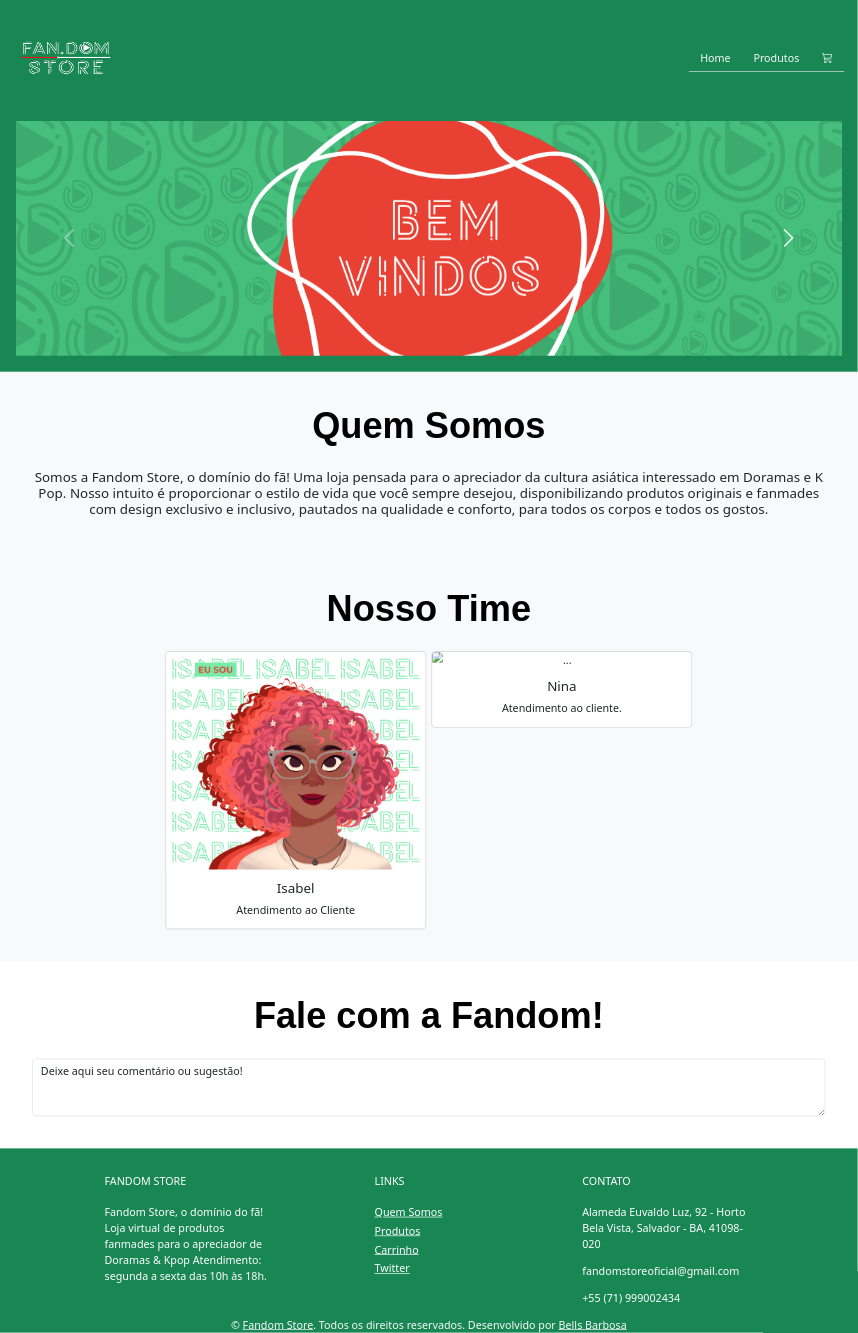
Repository: BellsBarbosa/MiniProjetoDescomplica
Page: QuemSomosNossoTime.html
These files come from the project's save history. The page is drawn as it stood at one moment and after a run of saves; the edit follows.
The browser window is 1280 px wide. The pictures show the whole page, at 67% of full size.
Some web fonts or font styles are not loaded; a fallback is used.

Above is the page before, as saved 2023-07-25 14:10:50.
Not found: hgeLQz6RJNUkLRIISmvrBTu5n4g7kzG-AeYmTM1enuPFdvtocvE6P8r0qeoqu1vjly9aigHzPCg=s1600

After the next 2 saves:
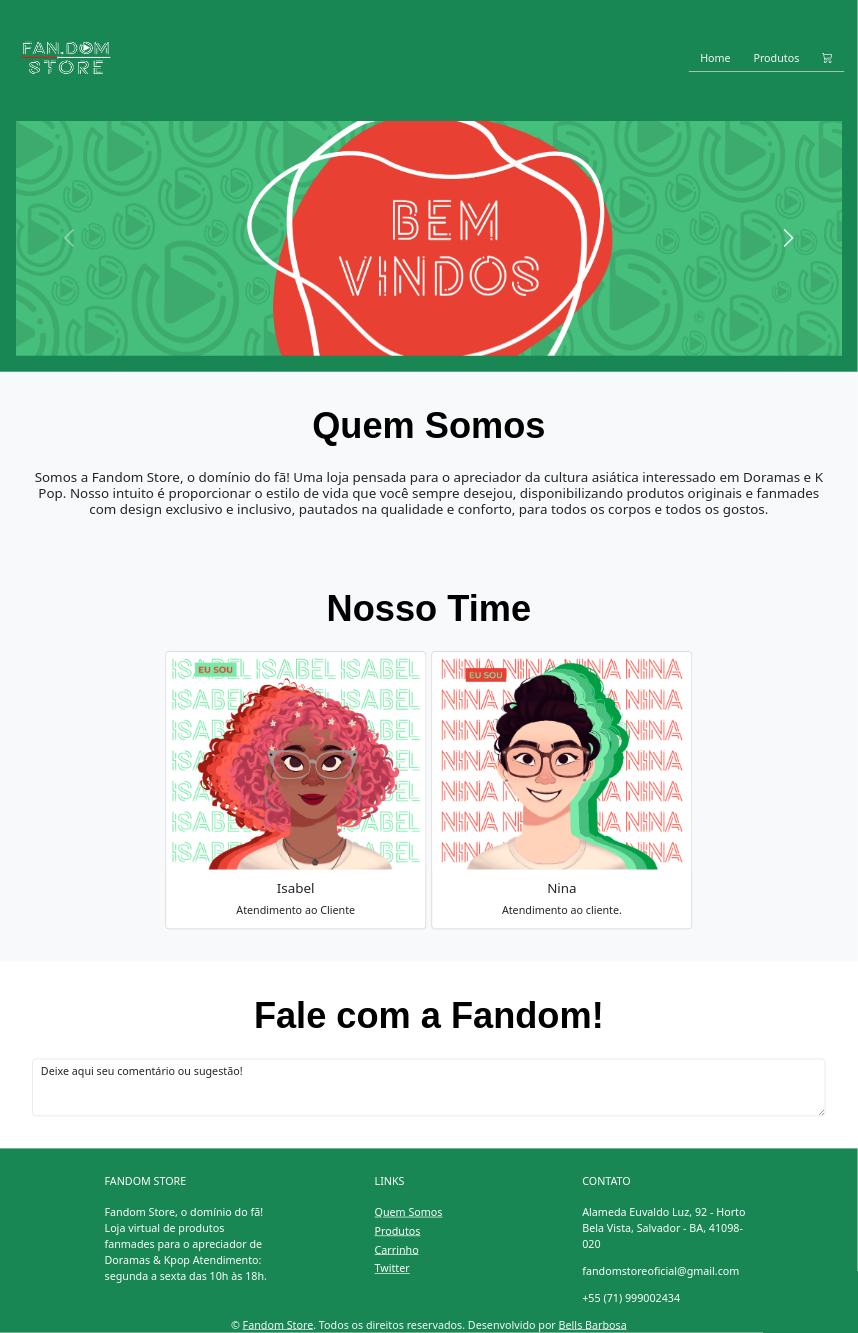
The 2 saves are shown as one change because they came seconds apart.
The last was saved 8 s later.
--- a/QuemSomosNossoTime.html
+++ b/QuemSomosNossoTime.html
@@ -111,7 +111,7 @@
             </div>
             <div class="col">
                 <div class="card">
-                    <img src="hgeLQz6RJNUkLRIISmvrBTu5n4g7kzG-AeYmTM1enuPFdvtocvE6P8r0qeoqu1vjly9aigHzPCg=s1600"
+                    <img src="IMG/Nossa Equipe - Nina-min.png"
                         class="card-img-top" alt="...">
                     <div class="card-body">
                         <h5 class="card-title">Nina</h5>
